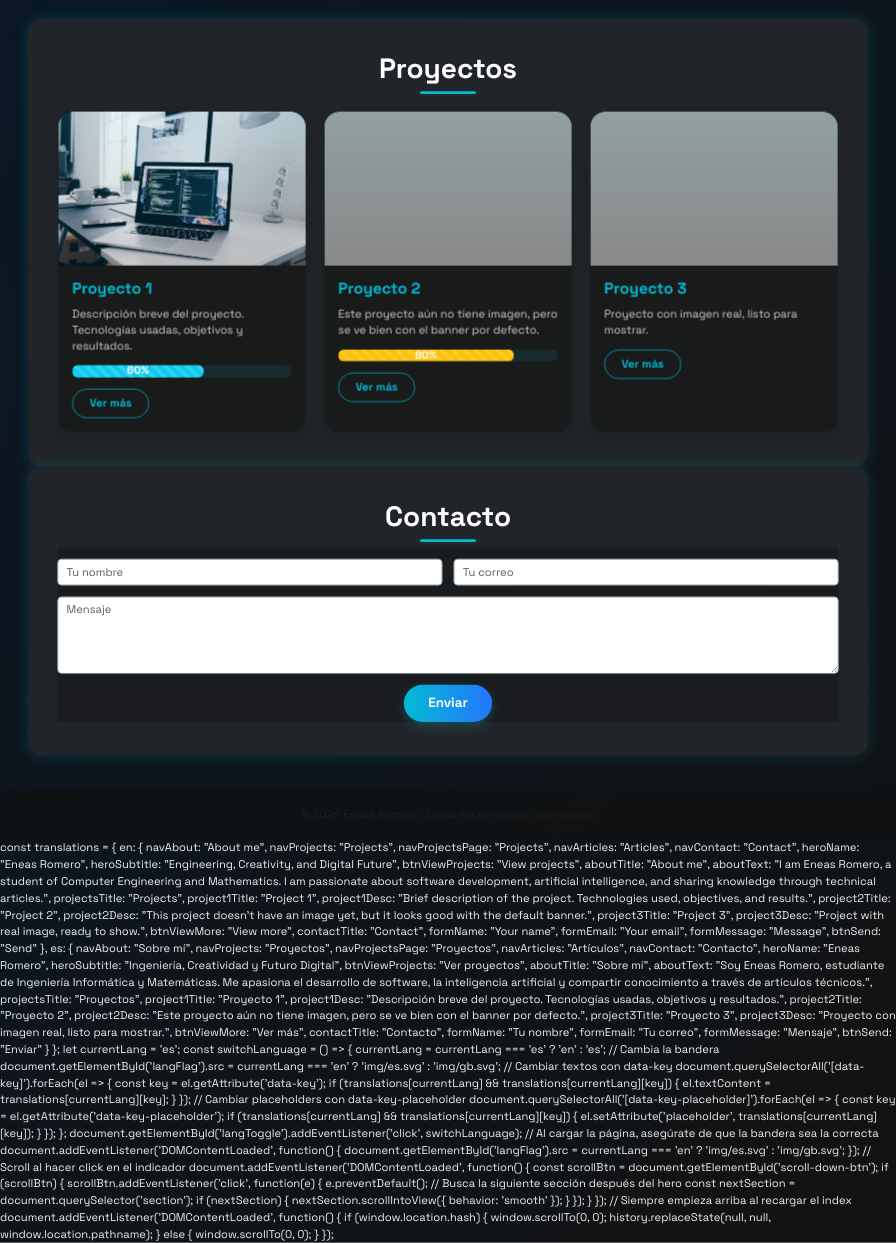
Repository: enerombar/enerombar.github.io
Page: index.html
The author's editor kept a copy of each file at every save. The page is drawn from the files as they stood at one save, then again after the next save.
The browser window is 1280 px wide. The pictures show the part of the page from y = 1025 to 2945 px (the page is 2801 px tall before and 2945 px after), at 70% of full size.
Pictures or frames that could not be fetched are drawn as grey boxes. Some web libraries are served in a nearby version.

Above is the page before, as saved 2025-06-27 02:01:49.

### index.html
<!DOCTYPE html>
<html lang="es">
<head>
  <meta charset="UTF-8" />
  <meta name="viewport" content="width=device-width, initial-scale=1" />
  <title>Eneas Romero - Portfolio</title>

  <!-- Google Fonts -->
  <link href="https://fonts.googleapis.com/css2?family=Space+Grotesk:wght@400;700&display=swap" rel="stylesheet" />

  <!-- Bootstrap -->
  <link href="https://cdn.jsdelivr.net/npm/bootstrap@5.3.0/dist/css/bootstrap.min.css" rel="stylesheet" />

<!-- AOS Animations -->
<link href="https://cdn.jsdelivr.net/npm/aos@2.3.4/dist/aos.css" rel="stylesheet" />


  <!-- FontAwesome Icons -->
  <script src="https://kit.fontawesome.com/2dd1da6546.js" crossorigin="anonymous"></script>

  <!-- Custom CSS -->
  <link href="styles.css" rel="stylesheet" />
  <!-- Elimina Particles.js -->
  <!-- <script src="https://cdn.jsdelivr.net/npm/particles.js@2.0.0/particles.min.js"></script> -->
</head>
<body>
  <!-- Pantalla de carga -->
  <div id="loading-screen">
    <div class="spinner"></div>
  </div>
  <!-- Fondo animado canvas -->
  <canvas id="background-canvas"></canvas>
  <!-- NAVBAR -->
  <nav class="navbar navbar-expand-lg navbar-dark bg-dark fixed-top shadow-sm" style="backdrop-filter: blur(8px); background:rgba(18,18,18,0.85)!important;">
    <div class="container">
      <a class="navbar-brand fw-bold d-flex align-items-center gap-2" href="index.html">
        <img src="img/logo.png" alt="Logo" style="height:38px;width:38px;border-radius:50%;background:#fff;padding:3px;box-shadow:0 0 8px #00eaff44;">
        Eneas Romero
      </a>
      <button class="navbar-toggler" type="button" data-bs-toggle="collapse" data-bs-target="#navbarNav"
        aria-controls="navbarNav" aria-expanded="false" aria-label="Toggle navigation">
        <span class="navbar-toggler-icon"></span>
      </button>

      <div class="collapse navbar-collapse justify-content-end" id="navbarNav">
        <ul class="navbar-nav align-items-center">
          <li class="nav-item">
            <a class="nav-link active" href="#hero" data-key="navAbout">Sobre mí</a>
          </li>
          <li class="nav-item">
            <a class="nav-link" href="proyectos.html" data-key="navProjectsPage">Proyectos</a>
          </li>
          <li class="nav-item">
            <a class="nav-link" href="articulos.html" data-key="navArticles">Artículos</a>
          </li>
          <li class="nav-item">
            <a class="nav-link" href="#contact" data-key="navContact">Contacto</a>
          </li>
          <li class="nav-item ms-3">
            <button id="langToggle" class="btn btn-flag" aria-label="Cambiar idioma" style="font-size:1.35rem;padding:0.2rem 0.5rem;">
              <img id="langFlag" src="img/gb.svg" alt="Cambiar idioma" style="height:24px;width:32px;object-fit:cover;">
            </button>
          </li>
        </ul>
      </div>
    </div>
  </nav>

  <!-- HERO -->
  <header id="hero" class="hero text-white d-flex align-items-center justify-content-center text-center" data-aos="fade-down"
    data-aos-duration="1500" data-aos-easing="ease-in-out" style="position:relative;z-index:1;">
    <div class="w-100 d-flex flex-column align-items-center">
      <!-- Logo centrado arriba -->
      <div class="hero-logo-wrapper">
        <img id="hero-logo" src="img/logo.png" alt="Logo Eneas Romero" style="height:130px;width:130px;max-width:130px;">
      </div>
      <!-- Título y subtítulo en recuadro -->
      <div class="hero-content-glass">
        <div class="hero-text-wrapper text-center">
          <h1 class="display-2 fw-bold hero-title" data-key="heroName">
            Eneas Romero
          </h1>
          <p class="lead hero-subtitle mb-2 text-gradient" data-key="heroSubtitle">
            Ingeniería, Creatividad y Futuro Digital
          </p>
        </div>
      </div>
      <!-- Indicador scroll animado fuera del recuadro -->
      <div class="scroll-indicator mt-4" aria-label="Desplazar hacia abajo">
        <button id="scroll-down-btn" class="scroll-mouse-btn" aria-label="Bajar a la siguiente sección">
          <span class="scroll-mouse">
            <span class="scroll-wheel"></span>
          </span>
          <span class="scroll-arrow"></span>
        </button>
      </div>
    </div>
  </header>

  <!-- SOBRE MÍ -->
  <section id="about" class="py-5" data-aos="fade-right" data-aos-duration="1200" data-aos-delay="200" style="position:relative;z-index:1;">
    <div class="container">
      <h2 class="mb-4 section-title" data-key="aboutTitle">Sobre mí</h2>
      <p class="section-text" data-key="aboutText">
        Soy Eneas Romero, estudiante de Ingeniería Informática y Matemáticas. Me apasiona el desarrollo de software,
        la inteligencia artificial y compartir conocimiento a través de artículos técnicos.
      </p>
    </div>
  </section>

  <!-- PROYECTOS -->
  <section id="projects" class="py-5 bg-dark text-white" style="position:relative;z-index:1;">
    <div class="container" data-aos="zoom-in" data-aos-duration="1500" data-aos-delay="300">
      <h2 class="mb-4 section-title" data-key="projectsTitle">Proyectos</h2>
      <div class="row g-4">

        <div class="col-md-4" data-aos="flip-left" data-aos-duration="1000" data-aos-delay="400">
          <div class="card h-100 shadow project-card elegant-card">
            <div class="project-img-wrapper">
              <img src="img/proyecto1.jpg" onerror="this.onerror=null;this.src='img/banner_default.png';"
                class="card-img-top" alt="Proyecto 1" />
              <div class="project-img-overlay"></div>
            </div>
            <div class="card-body">
              <h5 class="card-title" data-key="project1Title">Proyecto 1</h5>
              <p class="card-text" data-key="project1Desc">Descripción breve del proyecto. Tecnologías usadas, objetivos y resultados.</p>
              <!-- Barra de progreso -->
              <div class="progress mb-3 project-progress">
                <div class="progress-bar progress-bar-striped progress-bar-animated bg-info" role="progressbar" style="width: 60%;" aria-valuenow="60" aria-valuemin="0" aria-valuemax="100">60%</div>
              </div>
              <a href="#" class="btn btn-outline-primary project-btn" data-key="btnViewMore">Ver más</a>
            </div>
          </div>
        </div>

        <div class="col-md-4" data-aos="flip-left" data-aos-duration="1000" data-aos-delay="600">
          <div class="card h-100 shadow project-card elegant-card">
            <div class="project-img-wrapper">
              <img src="img/proyecto2.jpg" onerror="this.onerror=null;this.src='img/banner_default.png';"
                class="card-img-top" alt="Proyecto 2" />
              <div class="project-img-overlay"></div>
            </div>
            <div class="card-body">
              <h5 class="card-title" data-key="project2Title">Proyecto 2</h5>
              <p class="card-text" data-key="project2Desc">Este proyecto aún no tiene imagen, pero se ve bien con el banner por defecto.</p>
              <!-- Barra de progreso -->
              <div class="progress mb-3 project-progress">
                <div class="progress-bar progress-bar-striped progress-bar-animated bg-warning" role="progressbar" style="width: 80%;" aria-valuenow="80" aria-valuemin="0" aria-valuemax="100">80%</div>
              </div>
              <a href="#" class="btn btn-outline-primary project-btn" data-key="btnViewMore">Ver más</a>
            </div>
          </div>
        </div>

        <div class="col-md-4" data-aos="flip-left" data-aos-duration="1000" data-aos-delay="800">
          <div class="card h-100 shadow project-card elegant-card">
            <div class="project-img-wrapper">
              <img src="img/proyecto3.jpg" onerror="this.onerror=null;this.src='img/banner_default.png';"
                class="card-img-top" alt="Proyecto 3" />
              <div class="project-img-overlay"></div>
            </div>
            <div class="card-body">
              <h5 class="card-title" data-key="project3Title">Proyecto 3</h5>
              <p class="card-text" data-key="project3Desc">Proyecto con imagen real, listo para mostrar.</p>
              <a href="#" class="btn btn-outline-primary project-btn" data-key="btnViewMore">Ver más</a>
            </div>
          </div>
        </div>

      </div>
    </div>
  </section>

  <!-- CONTACTO -->
  <section id="contact" class="py-5 bg-dark text-white" data-aos="fade-up" data-aos-duration="1200" data-aos-delay="200" style="position:relative;z-index:1;">
    <div class="container">
      <h2 class="mb-4 section-title" data-key="contactTitle">Contacto</h2>
      <form class="contact-form-glass">
        <div class="row g-3">
          <div class="col-md-6">
            <input type="text" class="form-control" placeholder="Tu nombre" data-key-placeholder="formName" required />
          </div>
          <div class="col-md-6">
            <input type="email" class="form-control" placeholder="Tu correo" data-key-placeholder="formEmail" required />
          </div>
        </div>
        <div class="mb-3 mt-3">
          <textarea class="form-control" rows="4" placeholder="Mensaje" data-key-placeholder="formMessage" required></textarea>
        </div>
        <div class="d-flex justify-content-center">
          <button type="submit" class="btn btn-primary contact-btn" data-key="btnSend">Enviar</button>
        </div>
      </form>
    </div>
  </section>

  <!-- FOOTER -->
  <footer class="footer-glass text-center py-4 mt-5">
    <div class="container">
      <span class="text-muted">&copy; 2024 Eneas Romero. Todos los derechos reservados.</span>
    </div>
  </footer>

  <!-- Scripts Bootstrap y AOS -->
  <script src="https://cdn.jsdelivr.net/npm/bootstrap@5.3.0/dist/js/bootstrap.bundle.min.js"></script>
  <script src="https://cdn.jsdelivr.net/npm/aos@2.3.4/dist/aos.js"></script>
  <script src="scripts.js"></script>
  <script>
    window.addEventListener('load', function() {
      setTimeout(() => {
        document.getElementById('loading-screen').classList.add('hide');
      }, 200);
    });

    AOS.init({
      once: true,
      mirror: false,
    });

    // Listeners de DOMContentLoaded combinados y lógica de traducción eliminada para resolver el error.
    // Asegúrate de que la lógica de traducción completa resida en `scripts.js`.
    document.addEventListener('DOMContentLoaded', function() {
      // Scroll al hacer click en el indicador
      const scrollBtn = document.getElementById('scroll-down-btn');
      if (scrollBtn) {
        scrollBtn.addEventListener('click', function(e) {
          e.preventDefault();
          const nextSection = document.querySelector('section');
          if (nextSection) {
            nextSection.scrollIntoView({ behavior: 'smooth' });
          }
        });
      }

      // Siempre empieza arriba al recargar el index
      if (window.location.hash) {
        window.scrollTo(0, 0);
        history.replaceState(null, null, window.location.pathname);
      } else {
        window.scrollTo(0, 0);
      }
    });
  </script>
</body>
</html>
    const translations = {
      en: {
        navAbout: "About me",
        navProjects: "Projects",
        navProjectsPage: "Projects",
        navArticles: "Articles",
        navContact: "Contact",
        heroName: "Eneas Romero",
        heroSubtitle: "Engineering, Creativity, and Digital Future",
        btnViewProjects: "View projects",
        aboutTitle: "About me",
        aboutText: "I am Eneas Romero, a student of Computer Engineering and Mathematics. I am passionate about software development, artificial intelligence, and sharing knowledge through technical articles.",
        projectsTitle: "Projects",
        project1Title: "Project 1",
        project1Desc: "Brief description of the project. Technologies used, objectives, and results.",
        project2Title: "Project 2",
        project2Desc: "This project doesn't have an image yet, but it looks good with the default banner.",
        project3Title: "Project 3",
        project3Desc: "Project with real image, ready to show.",
        btnViewMore: "View more",
        contactTitle: "Contact",
        formName: "Your name",
        formEmail: "Your email",
        formMessage: "Message",
        btnSend: "Send"
      },
      es: {
        navAbout: "Sobre mí",
        navProjects: "Proyectos",
        navProjectsPage: "Proyectos",
        navArticles: "Artículos",
        navContact: "Contacto",
        heroName: "Eneas Romero",
        heroSubtitle: "Ingeniería, Creatividad y Futuro Digital",
        btnViewProjects: "Ver proyectos",
        aboutTitle: "Sobre mí",
        aboutText: "Soy Eneas Romero, estudiante de Ingeniería Informática y Matemáticas. Me apasiona el desarrollo de software, la inteligencia artificial y compartir conocimiento a través de artículos técnicos.",
        projectsTitle: "Proyectos",
        project1Title: "Proyecto 1",
        project1Desc: "Descripción breve del proyecto. Tecnologías usadas, objetivos y resultados.",
        project2Title: "Proyecto 2",
        project2Desc: "Este proyecto aún no tiene imagen, pero se ve bien con el banner por defecto.",
        project3Title: "Proyecto 3",
        project3Desc: "Proyecto con imagen real, listo para mostrar.",
        btnViewMore: "Ver más",
        contactTitle: "Contacto",
        formName: "Tu nombre",
        formEmail: "Tu correo",
        formMessage: "Mensaje",
        btnSend: "Enviar"
      }
    };

    let currentLang = 'es';

    const switchLanguage = () => {
      currentLang = currentLang === 'es' ? 'en' : 'es';
      // Cambia la bandera
      document.getElementById('langFlag').src = currentLang === 'en' ? 'img/es.svg' : 'img/gb.svg';

      // Cambiar textos con data-key
      document.querySelectorAll('[data-key]').forEach(el => {
        const key = el.getAttribute('data-key');
        if (translations[currentLang] && translations[currentLang][key]) {
          el.textContent = translations[currentLang][key];
        }
      });

      // Cambiar placeholders con data-key-placeholder
      document.querySelectorAll('[data-key-placeholder]').forEach(el => {
        const key = el.getAttribute('data-key-placeholder');
        if (translations[currentLang] && translations[currentLang][key]) {
          el.setAttribute('placeholder', translations[currentLang][key]);
        }
      });
    };

    document.getElementById('langToggle').addEventListener('click', switchLanguage);

    // Al cargar la página, asegúrate de que la bandera sea la correcta
    document.addEventListener('DOMContentLoaded', function() {
      document.getElementById('langFlag').src = currentLang === 'en' ? 'img/es.svg' : 'img/gb.svg';
    });

    // Scroll al hacer click en el indicador
    document.addEventListener('DOMContentLoaded', function() {
      const scrollBtn = document.getElementById('scroll-down-btn');
      if (scrollBtn) {
        scrollBtn.addEventListener('click', function(e) {
          e.preventDefault();
          // Busca la siguiente sección después del hero
          const nextSection = document.querySelector('section');
          if (nextSection) {
            nextSection.scrollIntoView({ behavior: 'smooth' });
          }
        });
      }
    });

    // Siempre empieza arriba al recargar el index
    document.addEventListener('DOMContentLoaded', function() {
      if (window.location.hash) {
        window.scrollTo(0, 0);
        history.replaceState(null, null, window.location.pathname);
      } else {
        window.scrollTo(0, 0);
      }
    });
  </script>
</body>
</html>

Loaded but not shown: scripts.js (288 lines, source omitted); styles.css (617 lines, source omitted)

After the next save:
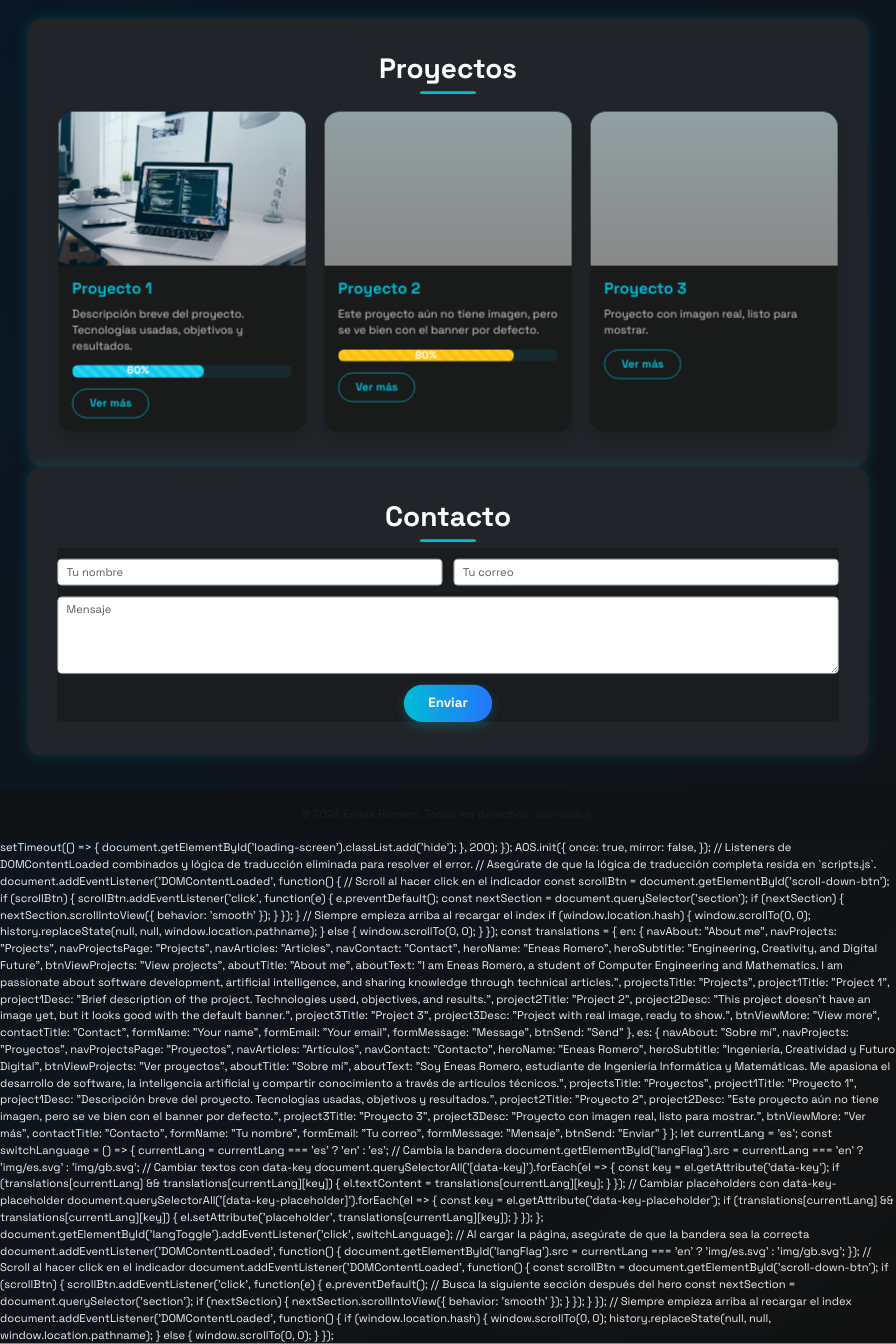
Saved 3 min 45 s later.
--- a/index.html
+++ b/index.html
@@ -205,8 +205,8 @@
   <script src="https://cdn.jsdelivr.net/npm/bootstrap@5.3.0/dist/js/bootstrap.bundle.min.js"></script>
   <script src="https://cdn.jsdelivr.net/npm/aos@2.3.4/dist/aos.js"></script>
   <script src="scripts.js"></script>
-  <script>
-    window.addEventListener('load', function() {
+</body>
+</html>
       setTimeout(() => {
         document.getElementById('loading-screen').classList.add('hide');
       }, 200);
